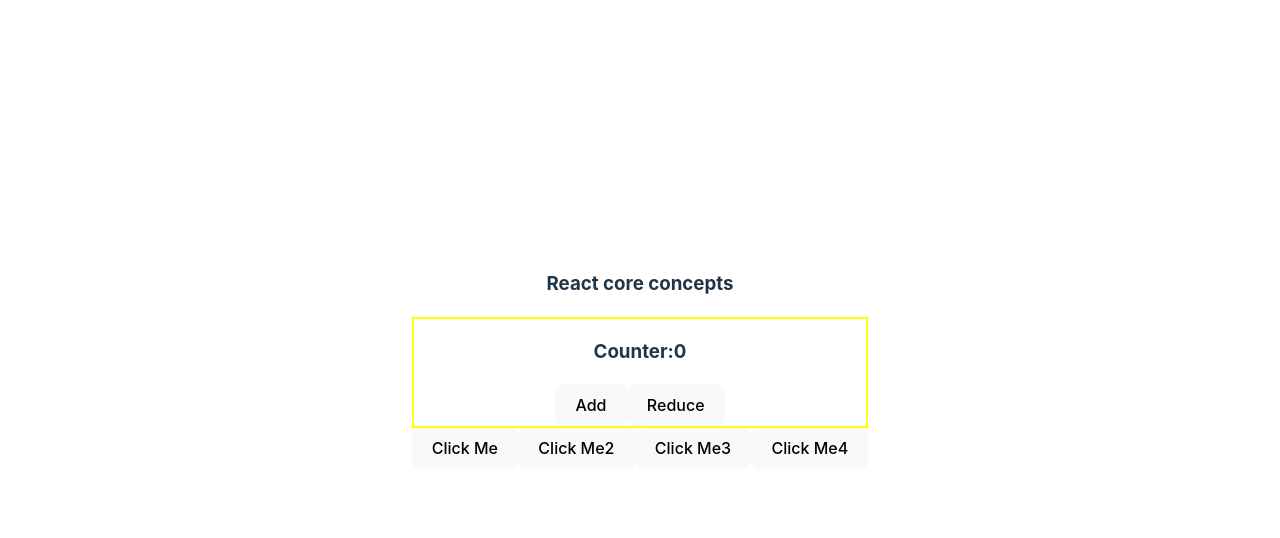
Repository: sumonkumarsarkar/my-project3-react
Page: /
These files come from the project's save history. The page is drawn as it stood at one moment and after the next save; the edit follows.
The browser window is 1280 px wide. The pictures show the whole page.
The project was rebuilt for these pictures with package versions that can differ from the ones it lists, and the page was loaded fresh each time. Also part of the build but not shown: vite.config.js.

Above is the page before, as saved 2024-03-10 21:56:27.

### src/App.jsx

import './App.css'
import Counter from './Counter'

function App() {

function handleClick(){
  alert('button click')
}
const handleClick2=()=>{
  alert('button2 click')
}
const addToFive=(num)=>{
  alert(num+5)
}
  return (
    <>

      <h3>React core concepts</h3>
      <team></team>
      <Counter ></Counter>
      <button onClick={handleClick}>Click Me</button>
      <button onClick={handleClick2}>Click Me2</button>
      <button onClick={()=>{
        alert('button3 clicked')
      }}>Click Me3</button>
      <button onClick={()=>{addToFive(5)}}>Click Me4</button>

    </>
  )
}

export default App

### src/Counter.jsx
import { useState } from "react"

export default function Counter(){
    const [count, setCount]=useState(0)
const handleAdd=()=>{
const newCount=count+1;
if(newCount <=10){
    setCount(newCount)
}



}
const handleReduce=()=>{
const newCount=count-1;
if(newCount >=0)
setCount(newCount)
}

return (
    <div style={{border:'2px solid yellow'}}>
        <h3>Counter:{count}</h3>
        <button onClick={handleAdd}>Add</button>
        <button onClick={handleReduce}>Reduce</button>
    </div>
)
}

### src/Team.jsx
export default function Team(){


    const teamStyle={
        border:'2px solid red',
        background:'skyblue',
        borderRadious:'10px',
        padding:'10px'
    }
    return(
        <div style={teamStyle}>
            <h3>Players:</h3>
        </div>
    )
}

Loaded but not shown: index.html (common file); src/main.jsx (common file); src/index.css (common file); src/App.css (common file)

After the next save:
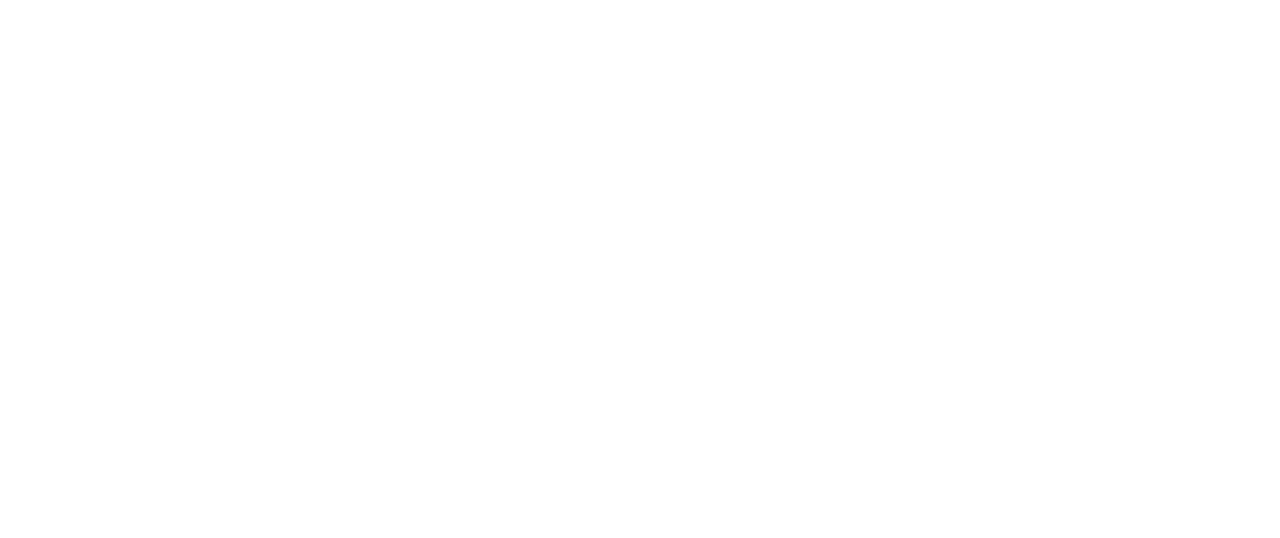
Console error: ReferenceError: Team is not defined
Saved 6 s later.
--- a/src/App.jsx
+++ b/src/App.jsx
@@ -17,7 +17,7 @@
     <>
 
       <h3>React core concepts</h3>
-      <team></team>
+      <Team></Team>
       <Counter ></Counter>
       <button onClick={handleClick}>Click Me</button>
       <button onClick={handleClick2}>Click Me2</button>

After the save that followed:
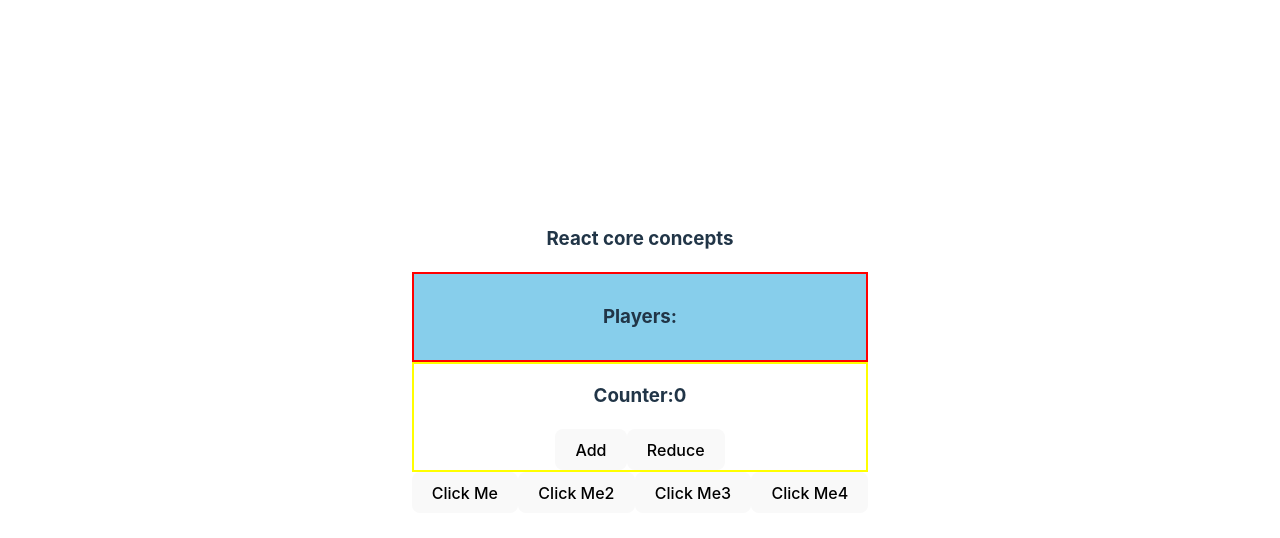
The error is gone.
Saved 18 s later.
--- a/src/App.jsx
+++ b/src/App.jsx
@@ -1,6 +1,7 @@
 
 import './App.css'
 import Counter from './Counter'
+import Team from './Team'
 
 function App() {
 
